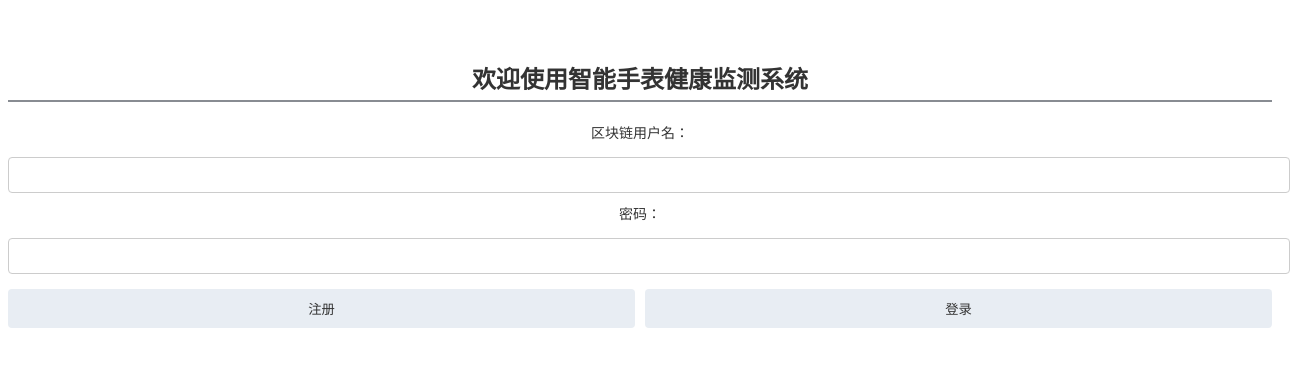
Repository: hyperion0831/The-management-of-IoT-data-sharing-based-on-blockchain
Page: / (app in Dz/frontend/)
These files come from the project's save history. The page is drawn as it stood at one moment and after the next save; the edit follows.
The browser window is 1280 px wide. The page is 1290 px wide, then 1280 px, then 1290 px, so the pictures cover 1290 px, including what lies to the right of the window. The pictures show the whole page.
The project was rebuilt for these pictures with package versions that can differ from the ones it lists, and the page was loaded fresh each time. Also part of the build but not shown: Dz/frontend/vue.config.js, Dz/frontend/src/components/dashboard/DataUploadAndExport.vue, Dz/frontend/src/components/dashboard/RealTimeMonitoring.vue, Dz/frontend/src/components/dashboard/DataAnalysis.vue, Dz/frontend/src/components/dashboard/AppSettings.vue, Dz/frontend/src/components/DataDashBoard.vue.

Above is the page before, as saved 2024-11-11 21:49:30.

### Dz/frontend/src/main.js
import { createApp } from 'vue';
import App from './App.vue';
import router from './router';
import ElementPlus from 'element-plus';
import 'element-plus/dist/index.css';

const app = createApp(App);

app.use(router)
app.use(ElementPlus)
app.mount('#app');

### Dz/frontend/src/App.vue
<template>
  <div id="app">
    <router-view></router-view>
  </div>
</template>

<script>
export default {
  name: 'App'
};
</script>

<style>
#app {
  font-family: Avenir, Helvetica, Arial, sans-serif;
  -webkit-font-smoothing: antialiased;
  -moz-osx-font-smoothing: grayscale;
  text-align: center;
  color: #2c3e50;
  margin-top: 60px;
}
</style>

### Dz/frontend/src/router/index.js
import { createRouter, createWebHistory } from 'vue-router';
import DataDashBoard from '../components/DataDashBoard.vue'; // 导入仪表盘组件
import Login from '../components/LoginForm.vue';

const routes = [
  { path: '/', redirect: '/login' },
  { path: '/login', name: 'Login', component: Login },
  { path: '/dashboard', name: 'Dashboard', component: DataDashBoard },
];

const router = createRouter({
  history: createWebHistory(),
  routes
});

export default router;

### Dz/frontend/src/components/LoginForm.vue
<template>
    <div class="loginform">
      <h1>欢迎使用智能手表健康监测系统</h1>

      <!-- 区块链用户名和密码显示区域 -->
      <div class="blockchain-info">
        <label>区块链用户名：</label>
        <input type="text" v-model="displayPublicKey" readonly />
        <label>密码：</label>
        <input type="text" v-model="displayPrivateKey" readonly />
      </div>

      <!-- 登录、注册按钮 -->
      <div class="button-row">
        <button @click="toggleView('register')">注册</button>
        <button @click="toggleView('login')">登录</button>
      </div>

      <!-- 条件渲染组件 -->
      <div v-if="currentView === 'register' && !isLoggedIn" class="register-section">
        <h2>注册</h2>
        <label for="identity">选择身份：</label>
        <select v-model="identity">
          <option value="doctor">医生</option>
          <option value="user">普通用户</option>
        </select>

        <div v-if="identity === 'doctor'">
          <label for="name">姓名：</label>
          <input type="text" v-model="name" placeholder="请输入姓名" />
          <label for="id">工号：</label>
          <input type="text" v-model="doctorId" placeholder="请输入工号" />
        </div>
        <div v-else>
          <label for="name">姓名：</label>
          <input type="text" v-model="name" placeholder="请输入姓名" />
        </div>

        <button @click="generateAndSaveKeyPair">生成密钥对</button>
        <p v-if="keyGenerated">密钥对已生成并保存到文件中。</p>
      </div>

      <div v-else-if="currentView === 'login' && !isLoggedIn" class="login-section">
        <input type="file" @change="handleFileUpload" />
      </div>
    </div>
  </template>

  <script>

  export default {
    data() {
      return {
        currentView: null, // 初始无显示
        blockchainUsername: '',  // 区块链用户名
        blockchainPassword: '',  // 区块链密码
        uploadedFile: null,      // 已上传的文件
        displayPrivateKey: '',
        displayPublicKey: '',
        keyGenerated: false,
        isLoggedIn: false,
        privateKey: null,
        publicKey: null,
        identity: 'user',
        name: '',
        doctorId: '',
        errorMessage: '',// 错误消息
        showErrorModal: false,
      };
    },
    mounted() {
      // 页面加载时检查是否已登录
      const isLoggedIn = sessionStorage.getItem("isLoggedIn");
      const userName = sessionStorage.getItem("userName");
      if (isLoggedIn === "true" && userName) {
        this.isLoggedIn = true;
        this.name = userName.split('-')[1]; // 提取用户名
        const storedData = JSON.parse(localStorage.getItem(userName)); // 从 localStorage 获取密钥对数据
        if (storedData) {
          this.displayPublicKey = storedData.publicKey;
          this.displayPrivateKey = storedData.privateKey;
        }
      }
    },
    methods: {
      // 新增视图切换方法
      toggleView(view) {
        this.currentView = view;
      },

      // 检查是否已注册
      isRegistered() {
        const registered = localStorage.getItem(`${this.identity}-${this.name}-${this.doctorId|| ''}`);
        return !!registered;
      },

      // 注册
      async generateAndSaveKeyPair() {

        const registrationKey = `${this.identity}-${this.name}-${this.doctorId || ''}`;
        if (this.isRegistered()) {
          alert("已注册，请直接登录。");
          return;
        }
        let isValid = true; // 添加一个标志来追踪身份验证状态

        if (this.identity === 'doctor') {
          if (this.name !== 'Dz' || this.doctorId !== '2448') {
            alert('医生身份信息错误，请检查姓名和工号。');
            isValid = false; // 设置标志为false
          }
        } else if (this.identity === 'user') {
          const validUserNames = ['TYC', 'DDS'];
          if (!validUserNames.includes(this.name)) {
            alert('普通用户姓名错误，请检查姓名。');
            isValid = false; // 设置标志为false
          }
        }
          // 如果身份验证未通过，直接返回
          if (!isValid) {
            return;
          }

        try {
            // 创建种子字符串，确保不同身份和用户生成不同的密钥
            const uniqueSeed = `${this.identity}-${this.name}-${this.doctorId || ''}`;
            console.log(`生成密钥的种子信息：${uniqueSeed}`);

            // 生成密钥对
            const keyPair = await window.crypto.subtle.generateKey(
              {
                name: "RSA-OAEP",
                modulusLength: 2048,
                publicExponent: new Uint8Array([1, 0, 1]),
                hash: { name: "SHA-256" },
              },
              true,
              ["encrypt", "decrypt"]
            );
            const publicKey = await window.crypto.subtle.exportKey("spki", keyPair.publicKey);
            const privateKey = await window.crypto.subtle.exportKey("pkcs8", keyPair.privateKey);

            const publicKeyBase64 = btoa(String.fromCharCode(...new Uint8Array(publicKey)));
            const privateKeyBase64 = btoa(String.fromCharCode(...new Uint8Array(privateKey)));

            const combinedKeys = `-----BEGIN PUBLIC KEY-----\n${publicKeyBase64}\n-----END PUBLIC KEY-----\n-----BEGIN PRIVATE KEY-----\n${privateKeyBase64}\n-----END PRIVATE KEY-----`;

            // 将密钥对保存到文件
            const blob = new Blob([combinedKeys], { type: "application/octet-stream" });
            const downloadLink = document.createElement("a");
            downloadLink.href = URL.createObjectURL(blob);
            downloadLink.download = `${this.name}_password.txt`;
            downloadLink.click();

            // 将身份标记为已注册
            localStorage.setItem(registrationKey, JSON.stringify({ publicKey: publicKeyBase64, privateKey: privateKeyBase64 }));
            this.keyGenerated = true;
            this.currentView = 'success'; // 注册成功后切换到 success 视图
            this.$emit('registerSuccess', { identity: this.identity, name: this.name });
          } catch (error) {
              console.error("生成密钥对失败：", error);
          }
      },

      //秘钥显示
      handleFileUpload(event) {
        const file = event.target.files[0];
        if (file) {
          const reader = new FileReader();
          reader.onload = () => {
            const fileContent = reader.result;
            // 提取公钥和私钥内容并显示
            const publicKeyMatch = fileContent.match(/-----BEGIN PUBLIC KEY-----\n([\s\S]+?)\n-----END PUBLIC KEY-----/);
            const privateKeyMatch = fileContent.match(/-----BEGIN PRIVATE KEY-----\n([\s\S]+?)\n-----END PRIVATE KEY-----/);
            if (publicKeyMatch && privateKeyMatch) {
              this.displayPublicKey = publicKeyMatch[1];
              this.displayPrivateKey = privateKeyMatch[1];
              this.verifyKeyPair(publicKeyMatch[1], privateKeyMatch[1]);  // 处理文件内容
            } else {
              alert("文件格式不正确，请上传包含公钥和私钥的文件。");
            }
          };
          reader.readAsText(file);
        }
      },

      //登录验证
      async verifyKeyPair(publicKeyBase64, privateKeyBase64) {
        let matchingKey = null;
        try {
          // 遍历 localStorage 查找匹配的公私钥
          for (let i = 0; i < localStorage.length; i++) {
            const key = localStorage.key(i);//user-TYC-
            const storedData = JSON.parse(localStorage.getItem(key));
            if (storedData.publicKey === publicKeyBase64 &&
              storedData.privateKey === privateKeyBase64)
            {
              matchingKey = key;
              console.log(`键值：${matchingKey}`);
              break;
            }
          }
          if (matchingKey) {
            console.log(`找到匹配的 registrationKey：${matchingKey}`);
            // 执行登录逻辑，例如设置登录状态、保存 session 等
            this.isLoggedIn = true;

            sessionStorage.setItem("isLoggedIn", "true");
            sessionStorage.setItem("userName", matchingKey);
            alert(`登录成功！\n欢迎你， ${matchingKey.split('-')[1]}${matchingKey.startsWith('doctor') ? '医生' : '用户'}`);
          } else {
            alert("未找到匹配的注册信息，请检查密钥文件。");
          }
        } catch (error) {
          console.error("验证密钥对时出错：", error);
          alert("密钥验证失败，请重新上传正确的密钥文件。");
        }
      },


      // 清除已注册的身份信息
      clearRegistration() {
          // 检查用户是否已登录
        if (!this.isLoggedIn) {
          alert("请先登录再尝试注销账号。");
          return;
        }
        const matchingKey = sessionStorage.getItem("userName");
        console.log("尝试清除的注册信息键：", matchingKey);
        if (localStorage.getItem(matchingKey)) {
            // 删除该键
            localStorage.removeItem(matchingKey);
            sessionStorage.removeItem("isLoggedIn"); // 移除登录状态
            sessionStorage.removeItem("userName"); // 移除用户名

            this.isLoggedIn = false;
            this.keyGenerated = false;
            this.identity = '';
            this.name = '';
            this.doctorId = '';

            alert("已成功清除注册信息。");

        } else {
            alert("未找到对应的注册信息。");
        }
      },

      //退出登录
      logout() {
        if (!this.isLoggedIn) {
          alert("请先登录账号。");
          return;
        }
        // 退出登录时清除 sessionStorage 中的登录状态
        sessionStorage.removeItem("isLoggedIn");
        sessionStorage.removeItem("userName");
        // 清除数据
        this.isLoggedIn = false;
        this.name = '';
        this.displayPublicKey = '';
        this.displayPrivateKey = '';
        this.uploadedFile = null;
        this.name = '';
        alert("已退出登录");
        this.$router.push({ name: 'DataDashBoard' });
      },
    },
  };
  </script>

  <style scoped>

  h1 {
    font-size: 24px;
    color: #333;
    margin-bottom: 20px;
    align-self: flex-start; /* 将标题移到左边 */
    border-bottom: 2px solid #888c92; /* 添加下划线 */
    padding-bottom: 5px;
  }

  .blockchain-info {
    display: flex;
    flex-direction: column;
    gap: 10px;
    width: 100%;
  }

  .blockchain-info label {
    font-size: 14px;
    color: #333;
  }

  .blockchain-info input {
    width: 100%;
    padding: 8px;
    border: 1px solid #ccc;
    border-radius: 4px;
    font-size: 16px;
    margin-top: 5px;
    text-align: center;
  }

  .user-info {
    display: flex;
    justify-content: space-around;
    font-size: 14px;
    color: #555;
    margin-top: 10px;
    width: 100%;
  }

  .button-row {
    display: flex;
    flex-direction: row;
    flex-wrap: wrap;
    gap: 10px;
    margin-top: 15px;
    width: 100%;
  }

  .button-row button {
    flex: 1 1 calc(50% - 10px);
    padding: 10px;
    background-color: #e8edf3;
    color: #333;
    border: none;
    border-radius: 4px;
    cursor: pointer;
    transition: background-color 0.3s ease;
  }

  .button-row button:hover {
    background-color: #acababcc;
  }

  .register-section, .login-section {
    margin-top: 20px;
  }

  select, input[type="text"], input[type="file"] {
    width: 100%;
    padding: 8px;
    border: 1px solid #ccc;
    border-radius: 4px;
    margin-top: 5px;
  }

  p {
    font-size: 14px;
    color: #333;
    margin-top: 10px;
  }
  </style>

Loaded but not shown: Dz/frontend/public/index.html (common file)

After the next save:
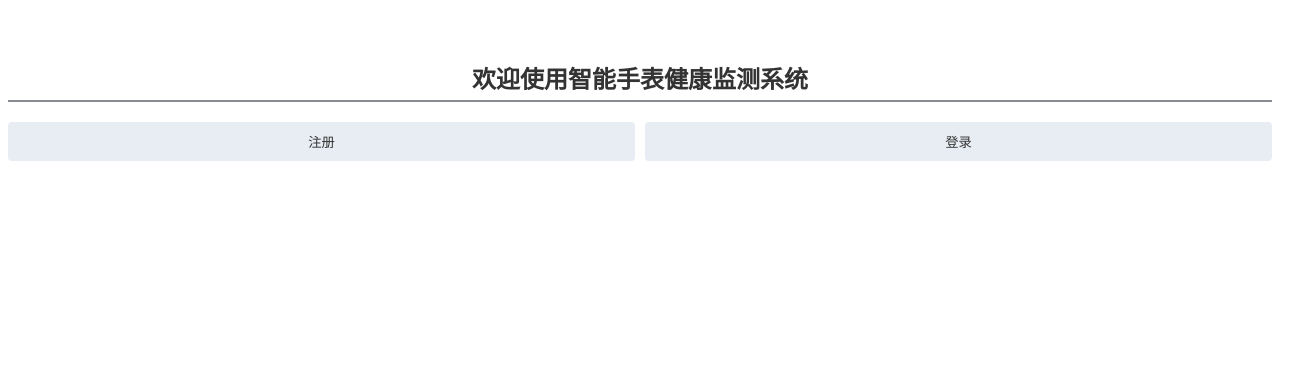
Saved 110 s later.
--- a/Dz/frontend/src/components/LoginForm.vue
+++ b/Dz/frontend/src/components/LoginForm.vue
@@ -1,50 +1,56 @@
 <template>
-    <div class="loginform">
-      <h1>欢迎使用智能手表健康监测系统</h1>
-
-      <!-- 区块链用户名和密码显示区域 -->
-      <div class="blockchain-info">
-        <label>区块链用户名：</label>
-        <input type="text" v-model="displayPublicKey" readonly />
-        <label>密码：</label>
-        <input type="text" v-model="displayPrivateKey" readonly />
+  <div class="login-wrapper">
+    <!-- 登录/注册界面标题 -->
+    <h1 v-if="!isRegistering">欢迎使用智能手表健康监测系统</h1>
+
+    <!-- 登录、注册按钮 -->
+    <div v-if="!isRegistering && !isLoggedIn" class="button-row">
+      <button @click="toggleView('register')">注册</button>
+      <button @click="toggleView('login')">登录</button>
+    </div>
+
+    <!-- 登录界面 -->
+    <div v-if="currentView === 'login' && !isRegistering && !isLoggedIn" class="login-section">
+      <h2>登录</h2>
+      <input type="file" @change="handleFileUpload" />
+    </div>
+
+    <!-- 注册覆盖界面 -->
+    <div v-if="isRegistering" class="register-overlay">
+      <h2>注册</h2>
+      <label for="identity">选择身份：</label>
+      <select v-model="identity">
+        <option value="doctor">医生</option>
+        <option value="user">普通用户</option>
+      </select>
+
+      <div v-if="identity === 'doctor'">
+        <label for="name">姓名：</label>
+        <input type="text" v-model="name" placeholder="请输入姓名" />
+        <label for="id">工号：</label>
+        <input type="text" v-model="doctorId" placeholder="请输入工号" />
       </div>
-
-      <!-- 登录、注册按钮 -->
-      <div class="button-row">
-        <button @click="toggleView('register')">注册</button>
-        <button @click="toggleView('login')">登录</button>
+      <div v-else>
+        <label for="name">姓名：</label>
+        <input type="text" v-model="name" placeholder="请输入姓名" />
       </div>
 
-      <!-- 条件渲染组件 -->
-      <div v-if="currentView === 'register' && !isLoggedIn" class="register-section">
-        <h2>注册</h2>
-        <label for="identity">选择身份：</label>
-        <select v-model="identity">
-          <option value="doctor">医生</option>
-          <option value="user">普通用户</option>
-        </select>
-
-        <div v-if="identity === 'doctor'">
-          <label for="name">姓名：</label>
-          <input type="text" v-model="name" placeholder="请输入姓名" />
-          <label for="id">工号：</label>
-          <input type="text" v-model="doctorId" placeholder="请输入工号" />
-        </div>
-        <div v-else>
-          <label for="name">姓名：</label>
-          <input type="text" v-model="name" placeholder="请输入姓名" />
-        </div>
-
-        <button @click="generateAndSaveKeyPair">生成密钥对</button>
-        <p v-if="keyGenerated">密钥对已生成并保存到文件中。</p>
-      </div>
-
-      <div v-else-if="currentView === 'login' && !isLoggedIn" class="login-section">
-        <input type="file" @change="handleFileUpload" />
-      </div>
+      <button @click="generateAndSaveKeyPair">生成密钥对</button>
+      <p v-if="keyGenerated">密钥对已生成并保存到文件中。</p>
+      <button @click="cancelRegistration">取消</button>
     </div>
-  </template>
+
+    <!-- 登录成功信息显示 -->
+    <div v-if="isLoggedIn && !isRegistering" class="blockchain-info">
+      <h2>登录成功</h2>
+      <label>区块链用户名：</label>
+      <input type="text" v-model="displayPublicKey" readonly />
+      <label>密码：</label>
+      <input type="text" v-model="displayPrivateKey" readonly />
+      <button @click="logout">退出登录</button>
+    </div>
+  </div>
+</template>
 
   <script>
 

After the save that followed:
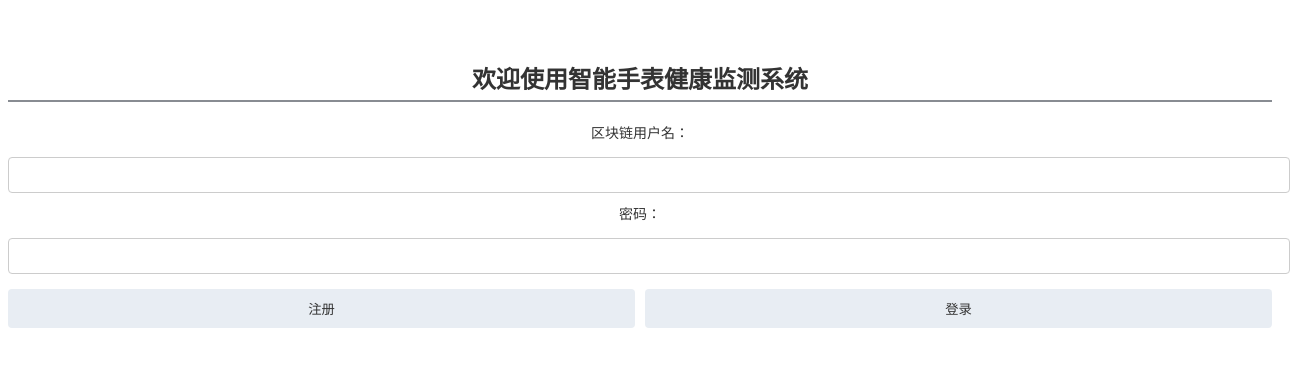
Saved 18 s later.
--- a/Dz/frontend/src/components/LoginForm.vue
+++ b/Dz/frontend/src/components/LoginForm.vue
@@ -1,56 +1,50 @@
 <template>
-  <div class="login-wrapper">
-    <!-- 登录/注册界面标题 -->
-    <h1 v-if="!isRegistering">欢迎使用智能手表健康监测系统</h1>
-
-    <!-- 登录、注册按钮 -->
-    <div v-if="!isRegistering && !isLoggedIn" class="button-row">
-      <button @click="toggleView('register')">注册</button>
-      <button @click="toggleView('login')">登录</button>
+    <div class="loginform">
+      <h1>欢迎使用智能手表健康监测系统</h1>
+
+      <!-- 区块链用户名和密码显示区域 -->
+      <div class="blockchain-info">
+        <label>区块链用户名：</label>
+        <input type="text" v-model="displayPublicKey" readonly />
+        <label>密码：</label>
+        <input type="text" v-model="displayPrivateKey" readonly />
+      </div>
+
+      <!-- 登录、注册按钮 -->
+      <div class="button-row">
+        <button @click="toggleView('register')">注册</button>
+        <button @click="toggleView('login')">登录</button>
+      </div>
+
+      <!-- 条件渲染组件 -->
+      <div v-if="currentView === 'register' && !isLoggedIn" class="register-section">
+        <h2>注册</h2>
+        <label for="identity">选择身份：</label>
+        <select v-model="identity">
+          <option value="doctor">医生</option>
+          <option value="user">普通用户</option>
+        </select>
+
+        <div v-if="identity === 'doctor'">
+          <label for="name">姓名：</label>
+          <input type="text" v-model="name" placeholder="请输入姓名" />
+          <label for="id">工号：</label>
+          <input type="text" v-model="doctorId" placeholder="请输入工号" />
+        </div>
+        <div v-else>
+          <label for="name">姓名：</label>
+          <input type="text" v-model="name" placeholder="请输入姓名" />
+        </div>
+
+        <button @click="generateAndSaveKeyPair">生成密钥对</button>
+        <p v-if="keyGenerated">密钥对已生成并保存到文件中。</p>
+      </div>
+
+      <div v-else-if="currentView === 'login' && !isLoggedIn" class="login-section">
+        <input type="file" @change="handleFileUpload" />
+      </div>
     </div>
-
-    <!-- 登录界面 -->
-    <div v-if="currentView === 'login' && !isRegistering && !isLoggedIn" class="login-section">
-      <h2>登录</h2>
-      <input type="file" @change="handleFileUpload" />
-    </div>
-
-    <!-- 注册覆盖界面 -->
-    <div v-if="isRegistering" class="register-overlay">
-      <h2>注册</h2>
-      <label for="identity">选择身份：</label>
-      <select v-model="identity">
-        <option value="doctor">医生</option>
-        <option value="user">普通用户</option>
-      </select>
-
-      <div v-if="identity === 'doctor'">
-        <label for="name">姓名：</label>
-        <input type="text" v-model="name" placeholder="请输入姓名" />
-        <label for="id">工号：</label>
-        <input type="text" v-model="doctorId" placeholder="请输入工号" />
-      </div>
-      <div v-else>
-        <label for="name">姓名：</label>
-        <input type="text" v-model="name" placeholder="请输入姓名" />
-      </div>
-
-      <button @click="generateAndSaveKeyPair">生成密钥对</button>
-      <p v-if="keyGenerated">密钥对已生成并保存到文件中。</p>
-      <button @click="cancelRegistration">取消</button>
-    </div>
-
-    <!-- 登录成功信息显示 -->
-    <div v-if="isLoggedIn && !isRegistering" class="blockchain-info">
-      <h2>登录成功</h2>
-      <label>区块链用户名：</label>
-      <input type="text" v-model="displayPublicKey" readonly />
-      <label>密码：</label>
-      <input type="text" v-model="displayPrivateKey" readonly />
-      <button @click="logout">退出登录</button>
-    </div>
-  </div>
-</template>
+  </template>
 
   <script>
 
